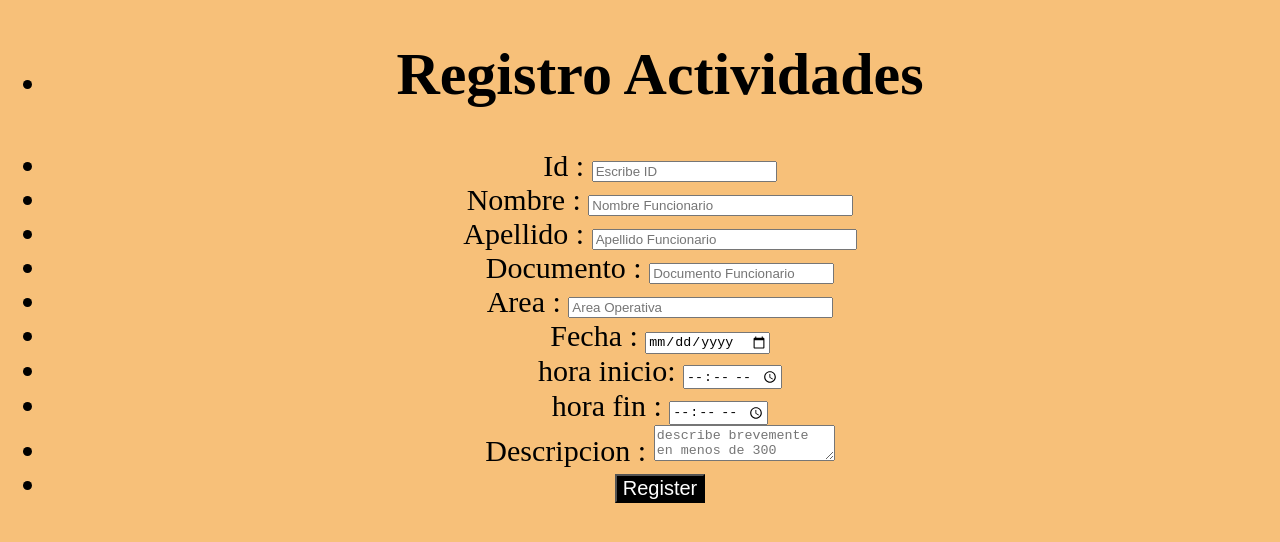
Repository: Yale2024/repo-registro-act
Page: templates/register.html
The author's editor kept a copy of each file at every save. The page is drawn from the files as they stood at one save, then again after the next save.
The browser window is 1280 px wide. The pictures show the whole page.

Above is the page before, as saved 2024-09-15 07:53:53.

After the next save:
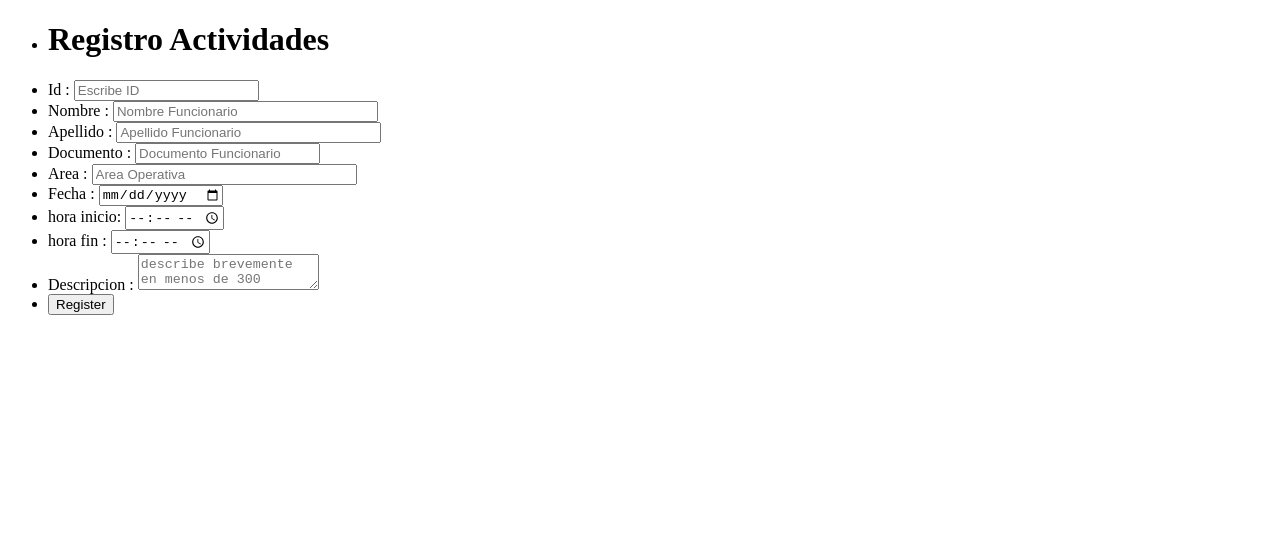
Saved 90 s later.
--- a/static/css/styleRegister.css
+++ b/static/css/styleRegister.css
@@ -1,4 +1,4 @@
-form{
+/* form{
     text-align: center;
     font-size: 30px;
 }
@@ -11,4 +11,4 @@ button{
     background-color: black;
     color: white;
     font-size:  20px;
-}
+} */
